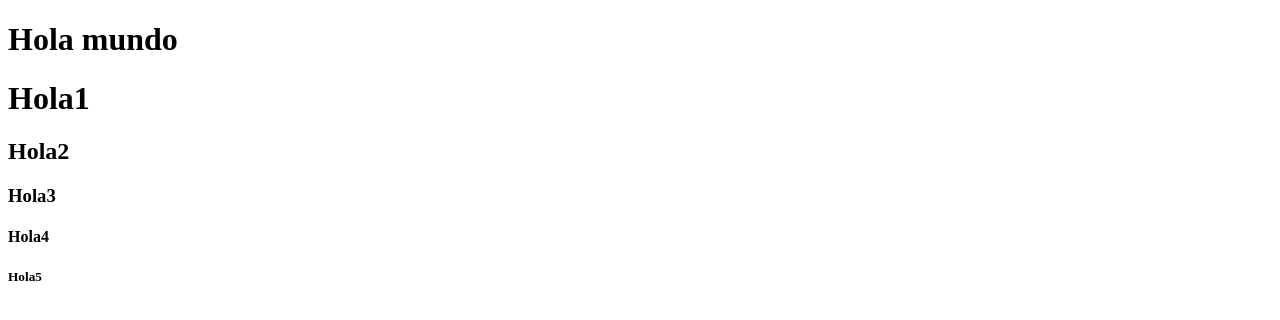
Repository: viorelrosu/spring
Page: http://localhost/Clase/hola/Hola.jsp
An editor plug-in stored every save of this project. The page is shown before and after the next save, followed by the edit.
The browser window is 1280 px wide. The pictures show the whole page.
The page is served by Tomcat 9. Other server files are loaded and not shown.

Above is the page before, as saved 2021-01-19 09:46:56.

### Clase/WebContent/hola/Hola.jsp
<!DOCTYPE html>
<html>
<head>
<meta charset="UTF-8">
<title>Insert title here</title>
</head>
<body>
	<h1>Hola mundo</h1>
	<%
		for(int i =1; i<=5; i++) {
			out.println("<h"+i+">Hola" + i+"</h"+i+">");
		}
	%>
</body>
</html>

After the next save:
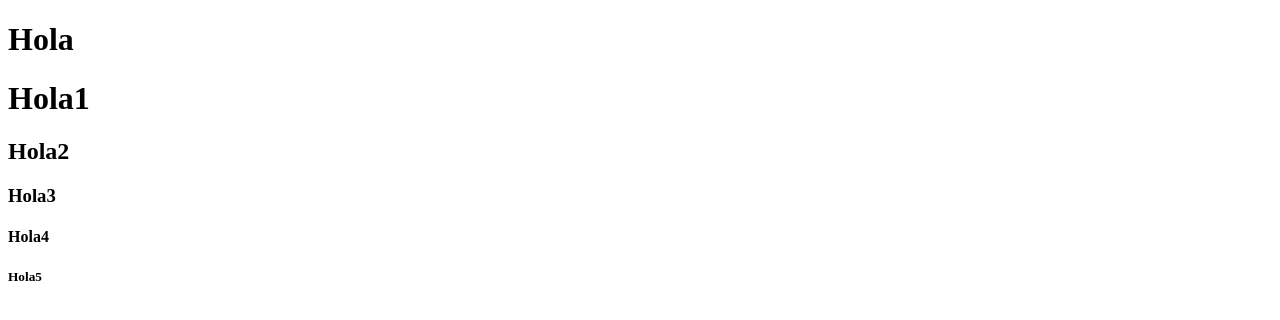
Saved 29 s later.
--- a/Clase/WebContent/hola/Hola.jsp
+++ b/Clase/WebContent/hola/Hola.jsp
@@ -5,7 +5,7 @@
 <title>Insert title here</title>
 </head>
 <body>
-	<h1>Hola mundo</h1>
+	<h1>Hola</h1>
 	<%
 		for(int i =1; i<=5; i++) {
 			out.println("<h"+i+">Hola" + i+"</h"+i+">");
